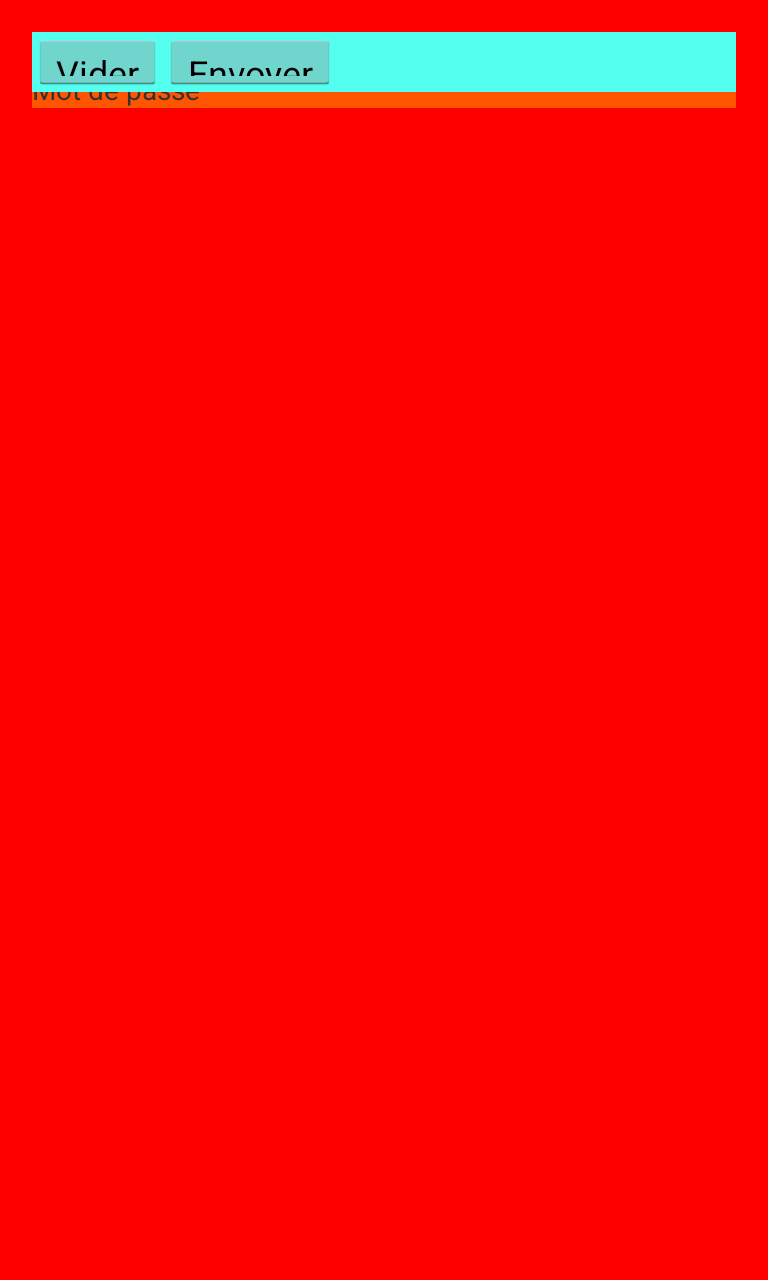
Repository: ablanchard/formation-android
Layout: ParlezVousAndroid/res/layout/fragment_main.xml
An editor plug-in stored every save of this project. The layout is shown before and after the next save, followed by the edit.
It is drawn on a 768 x 1280 px phone screen (xhdpi) without system bars, with theme AppTheme; the app's code is not run.

Above is the layout before, as saved 2014-04-29 08:41:54.

### ParlezVousAndroid/res/layout/fragment_main.xml
<RelativeLayout xmlns:android="http://schemas.android.com/apk/res/android"
    xmlns:tools="http://schemas.android.com/tools"
    android:layout_width="match_parent"
    android:layout_height="match_parent"
    android:background="#FFFF0000"
    android:paddingBottom="@dimen/activity_vertical_margin"
    android:paddingLeft="@dimen/activity_horizontal_margin"
    android:paddingRight="@dimen/activity_horizontal_margin"
    android:paddingTop="@dimen/activity_vertical_margin"
    tools:context="com.example.parlezvousandroid.MainActivity$PlaceholderFragment" >

    <LinearLayout
        android:id="@+id/header"
        android:layout_width="match_parent"
        android:layout_height="wrap_content"
        android:background="#FFFFFF00"
        android:orientation="vertical" >

        <TextView
            android:layout_width="wrap_content"
            android:layout_height="wrap_content"
            android:text="@string/form" />
    </LinearLayout>

    <ScrollView
        android:layout_width="match_parent"
        android:layout_height="match_parent" >

        <LinearLayout
            android:id="@+id/content"
            android:layout_width="match_parent"
            android:layout_height="match_parent"
            android:background="#FFFF5500"
            android:orientation="vertical" >

            <TextView
                android:layout_width="wrap_content"
                android:layout_height="wrap_content"
                android:text="@string/nom" />

            <EditText android:inputType="text" />

            <TextView
                android:layout_width="wrap_content"
                android:layout_height="wrap_content"
                android:text="@string/pass" />

            <EditText android:inputType="text" />
        </LinearLayout>
    </ScrollView>

    <LinearLayout
        android:id="@+id/footer"
        android:layout_width="match_parent"
        android:layout_height="30dp"
        android:background="#FF55FFF0"
        android:orientation="horizontal" >
        <Button
            android:layout_width="wrap_content"
            android:layout_height="wrap_content"
            android:text="@string/button_empty" />

        <Button
            android:layout_width="wrap_content"
            android:layout_height="wrap_content"
            android:text="@string/button_validate" />
    </LinearLayout>

</RelativeLayout>

### ParlezVousAndroid/res/values/strings.xml
<?xml version="1.0" encoding="utf-8"?>
<resources>

    <string name="app_name">ParlezVousAndroid</string>
    <string name="hello_world">Hello world!</string>
    <string name="action_settings">Settings</string>
    <string name="form">Formulaire de connexion</string>
    <string name="nom">Nom d\'utilisateur</string>
    <string name="pass">Mot de passe</string>
    <string name="button_empty">Vider</string>
    <string name="button_validate">Envoyer</string>


</resources>

Loaded but not shown: ParlezVousAndroid/res/values/styles.xml (common file); ParlezVousAndroid/res/values-v11/styles.xml (common file); ParlezVousAndroid/res/values-v14/styles.xml (common file); ParlezVousAndroid/res/values/dimens.xml (common file); ParlezVousAndroid/res/values-w820dp/dimens.xml (common file)

After the next save:
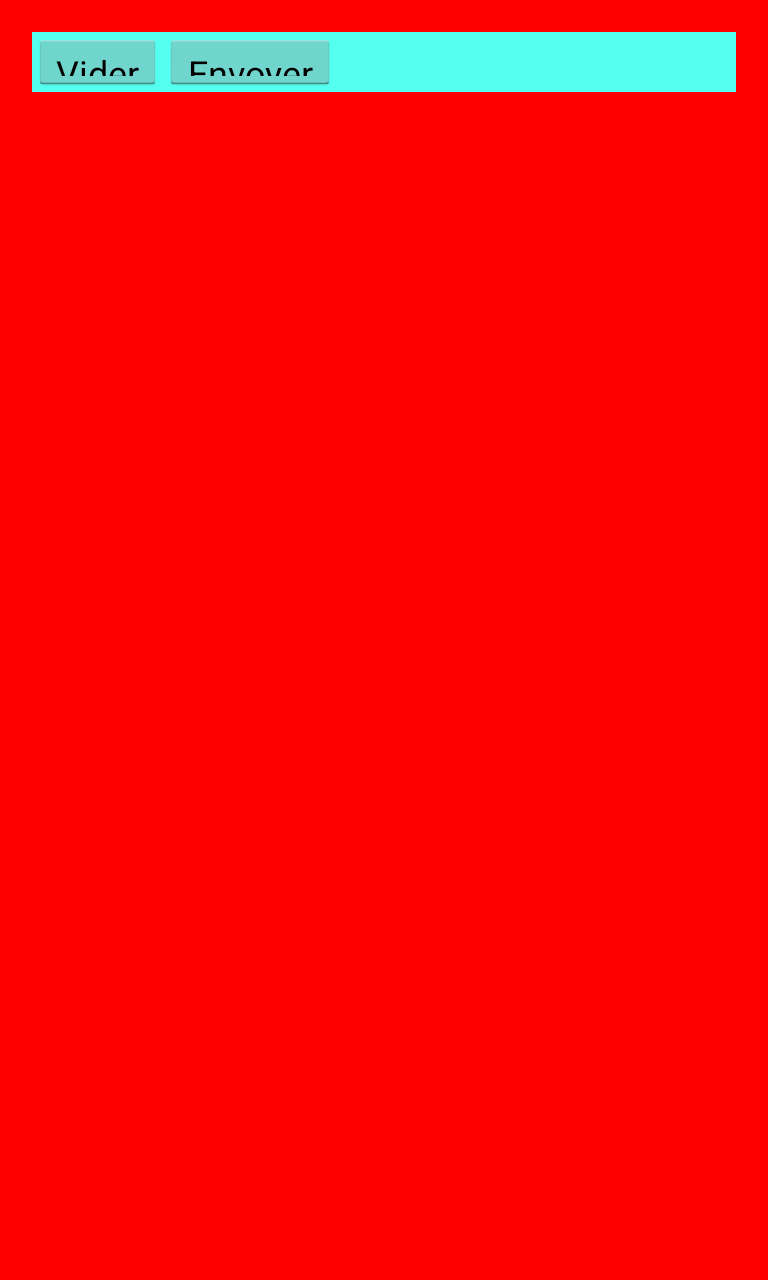
Saved 2 min 46 s later.
--- a/ParlezVousAndroid/res/layout/fragment_main.xml
+++ b/ParlezVousAndroid/res/layout/fragment_main.xml
@@ -23,8 +23,7 @@
     </LinearLayout>
 
     <ScrollView
-        android:layout_width="match_parent"
-        android:layout_height="match_parent" >
+        >
 
         <LinearLayout
             android:id="@+id/content"
